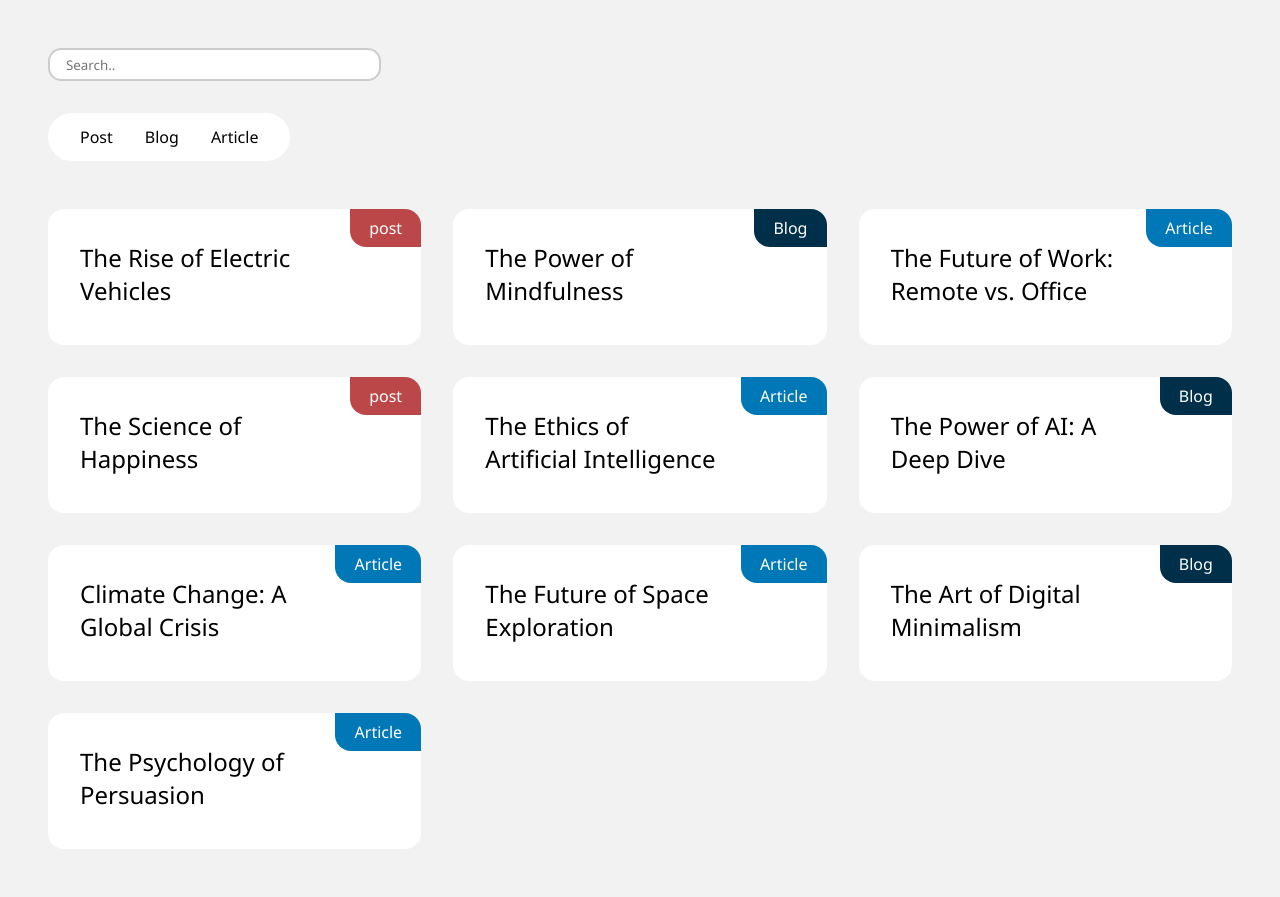
Repository: rehamtaher10/secondReactTask
Page: /
These files come from the project's save history. The page is drawn as it stood at one moment and after a run of saves; the edit follows.
The browser window is 1280 px wide. The pictures show the whole page.
The project was rebuilt for these pictures with package versions that can differ from the ones it lists, and the page was loaded fresh each time. Also part of the build but not shown: vite.config.js.

Above is the page before, as saved 2024-11-20 02:02:47.

### src/main.jsx
import { StrictMode } from 'react'
import { createRoot } from 'react-dom/client'
import './style/app.css'
import App from './App.jsx'

createRoot(document.getElementById('root')).render(
  <StrictMode>
    <App />
  </StrictMode>,
)

### src/style/app.css
*{
    padding: 0;
    margin: 0;
    box-sizing: border-box;
    font-family: 'Segoe UI', Tahoma, Geneva, Verdana, sans-serif;
    font-weight: 400;
}
body{
    padding: 3em;
    background: #f2f2f2;
}
.product_container {
    display: flex;
    flex-wrap: wrap;
    gap: 2em;
    padding: 2.5em;
}

.isActive{
    border-color: green;
}

.inActive{
    border-color: red;
}

.hide {
    opacity: 0;
    visibility: hidden;
}
.posts_container{
    display: flex;
    align-items: center;
    gap: 2em;
    flex-wrap: wrap;
    margin-top: 3em;
}
.post{
    padding: 2em;
    /* border: 2px solid rgba(0, 0, 0, .2); */
    width: calc((100% - 4em) / 3);
    position: relative;
    border-radius: 1em;
    overflow: hidden;
    background: white;
}
.tabs{
    display: flex;
    align-items: center;
    margin-top: 2em;
    gap: 2em;
    background: white;
    width: fit-content;
    padding: .8em;
    padding-inline: 2em;
    border-radius: 2em;
}
.tabs span {
    cursor: pointer;
    text-transform: capitalize;
}
.post h2{
    min-height: 3em;
    padding-inline-end: 3em;
}
.search{
    height: 2.5em;
    border: 2px solid rgba(0, 0, 0, .2);
    border-radius: 1em;
    padding-inline-start: 1.2em;
    outline: 0;
    width: 25em;
}
.type{
    position: absolute;
    top: 0;
    right: 0;
    background: #ccc;
    padding-inline: 1.2em;
    padding-block: .5em;
    border-radius: 0 0 0 1em;
}
.blogBadge{
    background: #003049;
    color: white;
}
.articalBadge{
    background: #0077b6;
    color: white;
}
.postBadge{
    background: #bc4749;
    color: white;
}

### src/App.jsx
import React, { useEffect, useState } from "react";
import Posts from "./components/Posts";
import { posts } from "./data/data";

export default function App() {
  const [searchVal, setSearchVal] = useState("");
  const [selectedType, setSelectedType] = useState("");

  // Get unique post types
  const uniquePosts = posts.reduce((acc, curr) => {
    const existing = acc.find((post) => post.type === curr.type);
    return existing ? acc : [...acc, curr];
  }, []);

  return (
    <>
      <input
        type="text"
        className="search"
        placeholder="Search.."
        onChange={(e) => setSearchVal(e.target.value)}
      />
      <div className="tabs">
        {/* Render a tab for each unique post type */}
        {uniquePosts.map((ele) => (
          <span
            key={ele.type}
            onClick={() => setSelectedType(ele.type)} // Set selected type on click
            style={{ fontWeight: selectedType === ele.type ? "bold" : "normal" }}
          >
            {ele.type}
          </span>
        ))}

      </div>
      {/* Pass selectedType to Posts component */}
      <Posts searchVal={searchVal} selectedType={selectedType} />
    </>
  );
}

### src/components/Posts.jsx
import React, { useEffect, useState } from "react";
import { posts } from "../data/data";

export default function Posts({ searchVal, selectedType }) {
  const [filteredPosts, setFilteredPosts] = useState([]);
  const [activePostId, setActivePostId] = useState(null); // Track active post ID

  useEffect(() => {
    let filtered = posts;

    // Apply search filter
    if (searchVal.length > 0) {
      filtered = filtered.filter((ele) =>
        ele.title.toLowerCase().includes(searchVal.toLowerCase())
      );
    }

    // Apply type filter
    if (selectedType) {
      filtered = filtered.filter((ele) => ele.type === selectedType);
    }

    setFilteredPosts(filtered);
  }, [searchVal, selectedType]);

  return (
    <div className="posts_container">
      {filteredPosts.map((ele) => (
        <div
          key={ele.id}
          onClick={() => setActivePostId(ele.id)} // Set active post ID on click
          className={`post ${activePostId === ele.id ? "isActive" : "inActive"}`}
        >
          <h2>{ele.title}</h2>
          <span
            className={`type ${
              ele.type === "Blog"
                ? "blogBadge"
                : ele.type === "Article"
                ? "articalBadge"
                : "postBadge"
            }`}
          >
            {ele.type}
          </span>
        </div>
      ))}
    </div>
  );
}

### src/data/data.jsx
export const posts = [
    {
        id: Math.random().toString(),
        title: "The Rise of Electric Vehicles",
        content: "Explore the future of transportation and the impact of electric vehicles on the environment.",
        author: "Elon Musk",
        date: "2023-11-26",
        type: "post",
    },
    {
        id: Math.random().toString(),
        title: "The Power of Mindfulness",
        content: "Discover the benefits of mindfulness meditation and how to incorporate it into your daily life.",
        author: "Thich Nhat Hanh",
        date: "2023-11-27",
        type: "Blog",
    },
    {
        id: Math.random().toString(),
        title: "The Future of Work: Remote vs. Office",
        content: "Debate the pros and cons of remote work and the future of the traditional office.",
        author: "Remote Work Advocate",
        date: "2023-11-28",
        type: "Article",
    },
    {
        id: Math.random().toString(),
        title: "The Science of Happiness",
        content: "Uncover the secrets to a happier life through science-backed strategies.",
        author: "Dr. Sonja Lyubomirsky",
        date: "2023-11-29",
        type: "post",
    },
    {
        id: Math.random().toString(),
        title: "The Ethics of Artificial Intelligence",
        content: "Discuss the ethical implications of AI and the importance of responsible development.",
        author: "AI Ethics Expert",
        date: "2023-11-30",
        type: "Article",
    },
    {
        id: Math.random().toString(),
        title: "The Power of AI: A Deep Dive",
        content: "Explore the latest advancements in artificial intelligence and its impact on various industries.",
        author: "Alex Turner",
        date: "2023-11-21",
        type: "Blog",
    },
    {
        id: Math.random().toString(),
        title: "Climate Change: A Global Crisis",
        content: "Understand the causes, effects, and potential solutions to climate change.",
        author: "Dr. Emily Carter",
        date: "2023-11-22",
        type: "Article",
    },
    {
        id: Math.random().toString(),
        title: "The Future of Space Exploration",
        content: "Discover the latest missions to Mars and beyond, and the potential for human colonization of other planets.",
        author: "SpaceX Team",
        date: "2023-11-23",
        type: "Article",
    },
    {
        id: Math.random().toString(),
        title: "The Art of Digital Minimalism",
        content: "Learn how to declutter your digital life and improve your focus and productivity.",
        author: "Cal Newport",
        date: "2023-11-24",
        type: "Blog",
    },
    {
        id: Math.random().toString(),
        title: "The Psychology of Persuasion",
        content: "Uncover the secrets of effective persuasion and influence.",
        author: "Robert Cialdini",
        date: "2023-11-25",
        type: "Article",
    },
];

Loaded but not shown: index.html (common file)

After the next 3 saves:
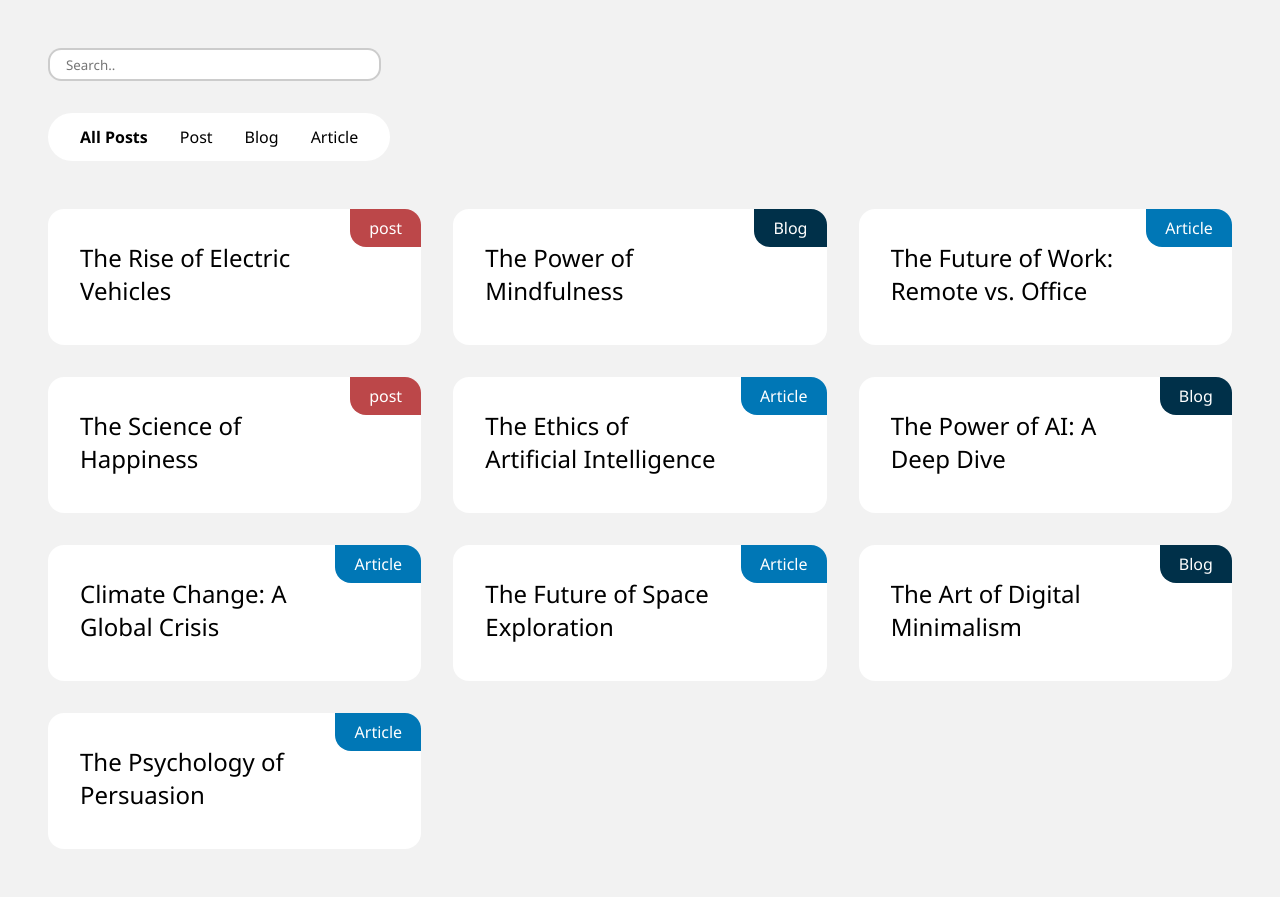
The 3 saves are shown as one change because they came seconds apart.
The last was saved 9 s later.
--- a/src/App.jsx
+++ b/src/App.jsx
@@ -21,6 +21,12 @@ export default function App() {
         onChange={(e) => setSearchVal(e.target.value)}
       />
       <div className="tabs">
+      <span
+          onClick={() => setSelectedType("")} // Clear filter when clicking "All"
+          style={{ fontWeight: selectedType === "" ? "bold" : "normal" }}
+        >
+          All Posts
+        </span>
         {/* Render a tab for each unique post type */}
         {uniquePosts.map((ele) => (
           <span
@@ -31,7 +37,6 @@ export default function App() {
             {ele.type}
           </span>
         ))}
-
       </div>
       {/* Pass selectedType to Posts component */}
       <Posts searchVal={searchVal} selectedType={selectedType} />
